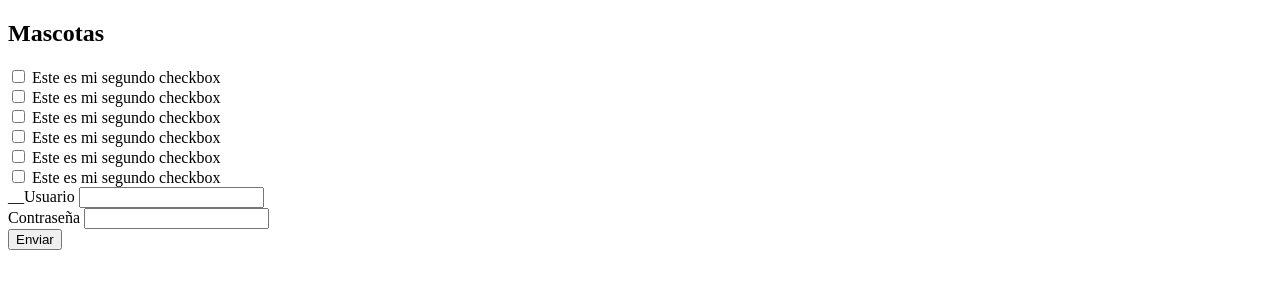
Repository: felipeverdugo/Java-y-Aplicaciones-Avanzadas-sobre-Internet
Page: work/Practica1Web40/src/main/webapp/mascotas.html
These files come from the project's save history. The page is drawn as it stood at one moment and after the next save; the edit follows.
The browser window is 1280 px wide. The pictures show the whole page.

Above is the page before, as saved 2024-03-20 13:44:09.

### work/Practica1Web40/src/main/webapp/mascotas.html
<!DOCTYPE html>
<html>
<head>
<meta charset="ISO-8859-1">
<title>Login</title>
</head>
<body>
    <h2>Mascotas</h2>
    <form action="Encuesta" method="post">

		<input type="checkbox" id="cbox2" value="second_checkbox" />
		<label for="cbox2">Este es mi segundo checkbox</label>
    	<br>

    	<input type="checkbox" id="cbox2" value="second_checkbox" />
		<label for="cbox2">Este es mi segundo checkbox</label>
    	<br>

    	<input type="checkbox" id="cbox2" value="second_checkbox" />
		<label for="cbox2">Este es mi segundo checkbox</label>
    	<br>

    	<input type="checkbox" id="cbox2" value="second_checkbox" />
		<label for="cbox2">Este es mi segundo checkbox</label>
    	<br>

    	<input type="checkbox" id="cbox2" value="second_checkbox" />
		<label for="cbox2">Este es mi segundo checkbox</label>
    	<br>

    	<input type="checkbox" id="cbox2" value="second_checkbox" />
		<label for="cbox2">Este es mi segundo checkbox</label>
    	<br>




        <label for="nombre">__Usuario</label>
        <input type="text" id="user" name="user" required>
        <br>
        <label for="nombre">Contraseña</label>
        <input type="text" id="pass" name="pass" required>
           <br>
        <input type="submit" value="Enviar">
    </form>
</body>
</html>

After the next save:
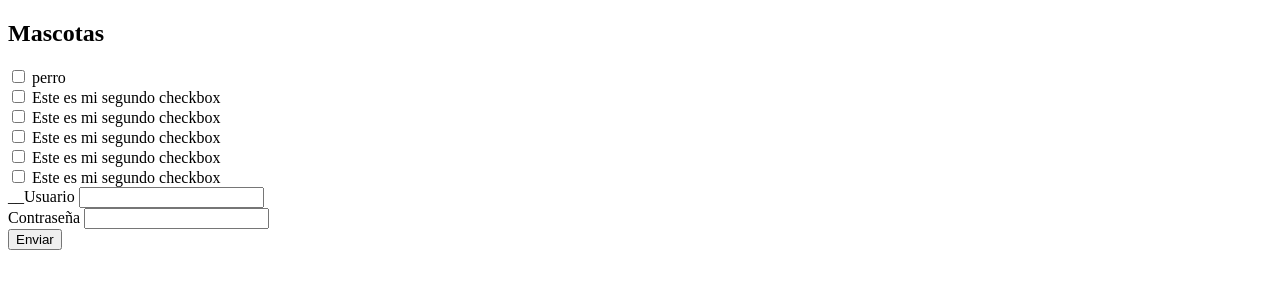
Saved 16 min 0 s later.
--- a/work/Practica1Web40/src/main/webapp/mascotas.html
+++ b/work/Practica1Web40/src/main/webapp/mascotas.html
@@ -8,8 +8,8 @@
     <h2>Mascotas</h2>
     <form action="Encuesta" method="post">
 
-		<input type="checkbox" id="cbox2" value="second_checkbox" />
-		<label for="cbox2">Este es mi segundo checkbox</label>
+		<input type="checkbox" id="perro" value="second_checkbox" />
+		<label for="cbox2">perro</label>
     	<br>
 
     	<input type="checkbox" id="cbox2" value="second_checkbox" />
